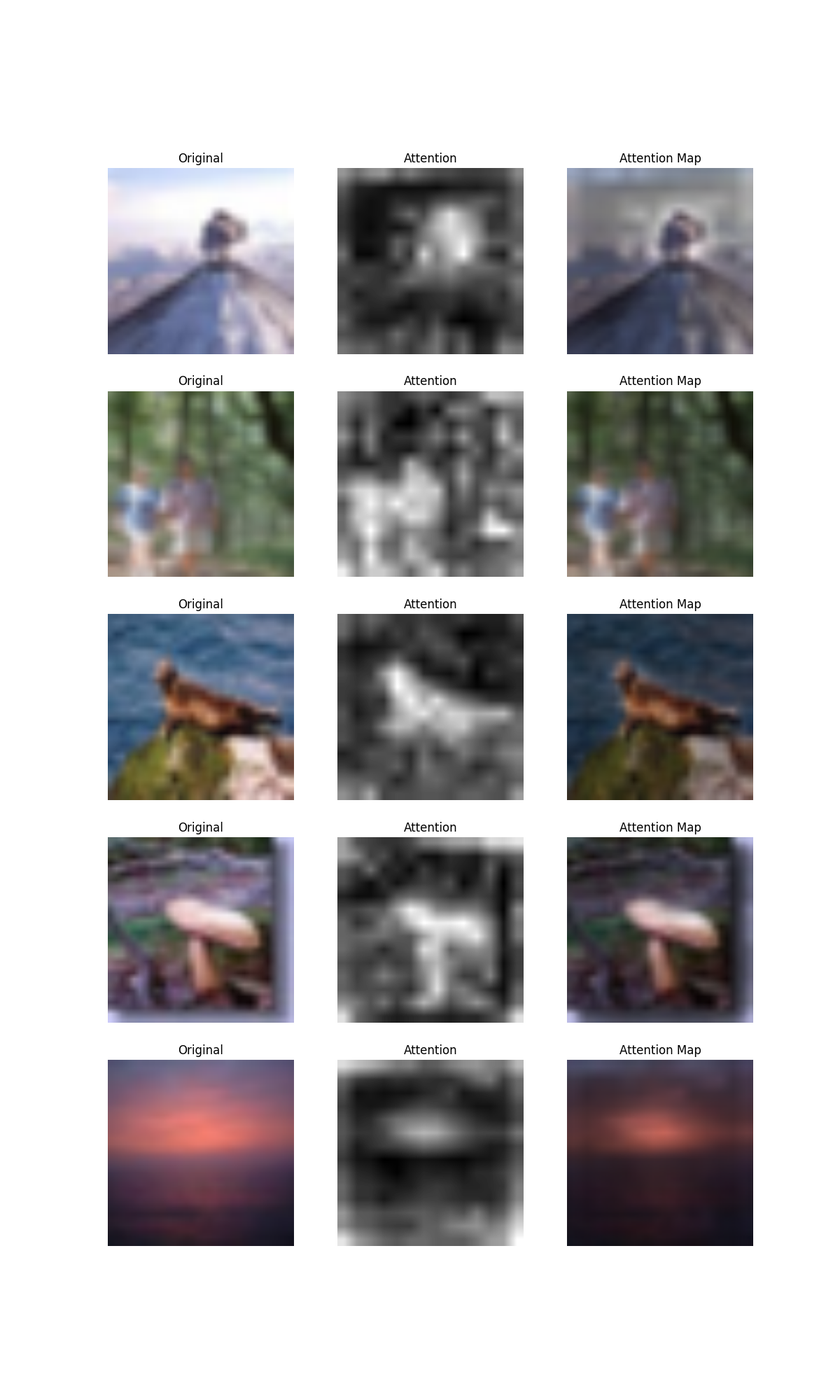
Repository: ginnux/vit
Script's output: python figure/visual.py
An editor plug-in stored every save of this project. The script's output is shown before and after the next save, followed by the edit.
The pictures are shown at 70% of full size.
Random numbers start from a fixed seed. It also reads figure/visualize.pkl.

Above is the script's output before, as saved 2024-06-24 22:33:56.

After the next save:
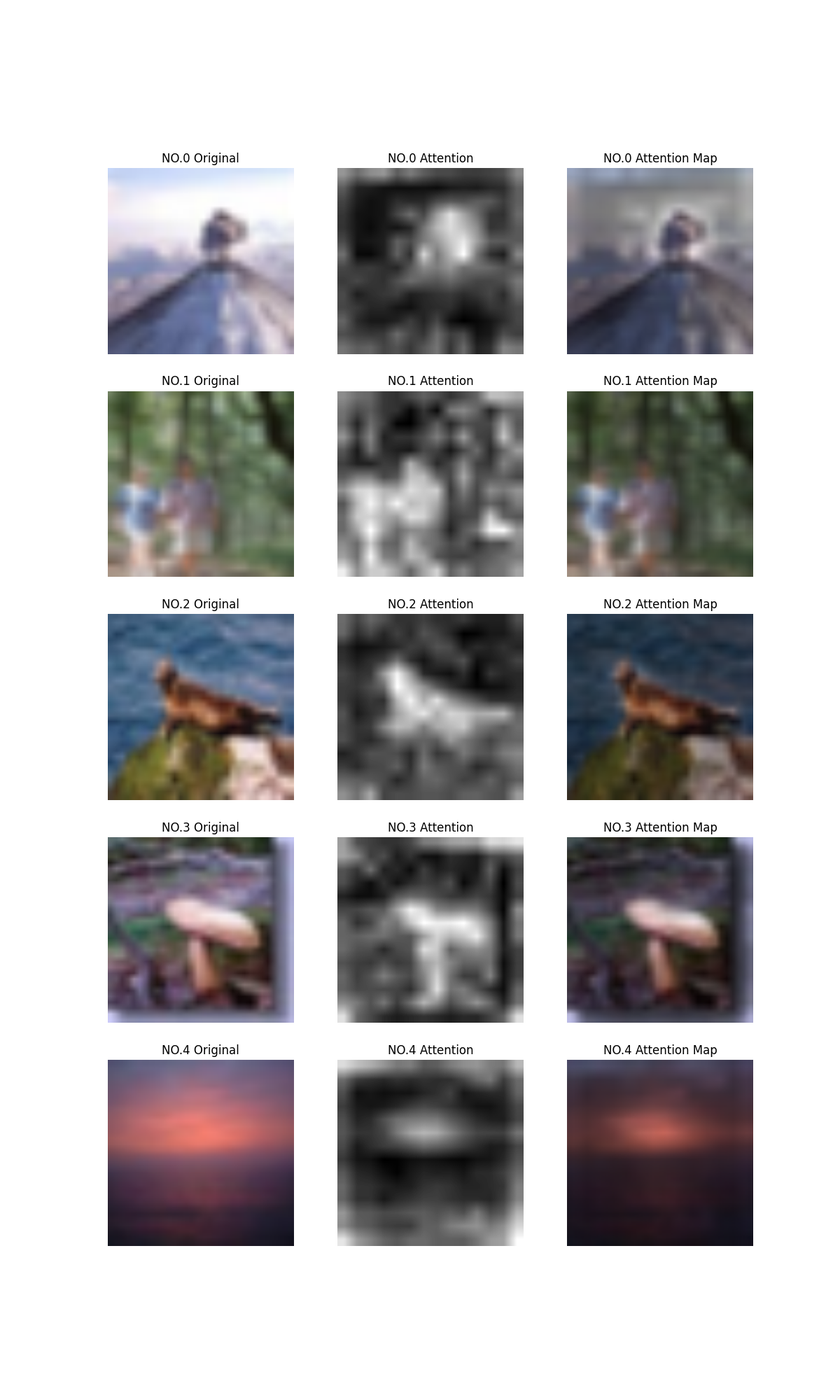
Saved 39 s later.
--- a/figure/visual.py
+++ b/figure/visual.py
@@ -22,17 +22,17 @@ for i in range(num):
 
     plt.subplot(num, 3, 3 * i + 1)
     plt.axis("off")
-    plt.title("Original")
+    plt.title(f"NO.{i} Original")
     plt.imshow(im)
 
     plt.subplot(num, 3, 3 * i + 2)
     plt.axis("off")
-    plt.title("Attention")
+    plt.title(f"NO.{i} Attention")
     plt.imshow(mask, cmap="gray")
 
     plt.subplot(num, 3, 3 * i + 3)
     plt.axis("off")
-    plt.title("Attention Map")
+    plt.title(f"NO.{i} Attention Map")
     plt.imshow(result)
 
 plt.show()
